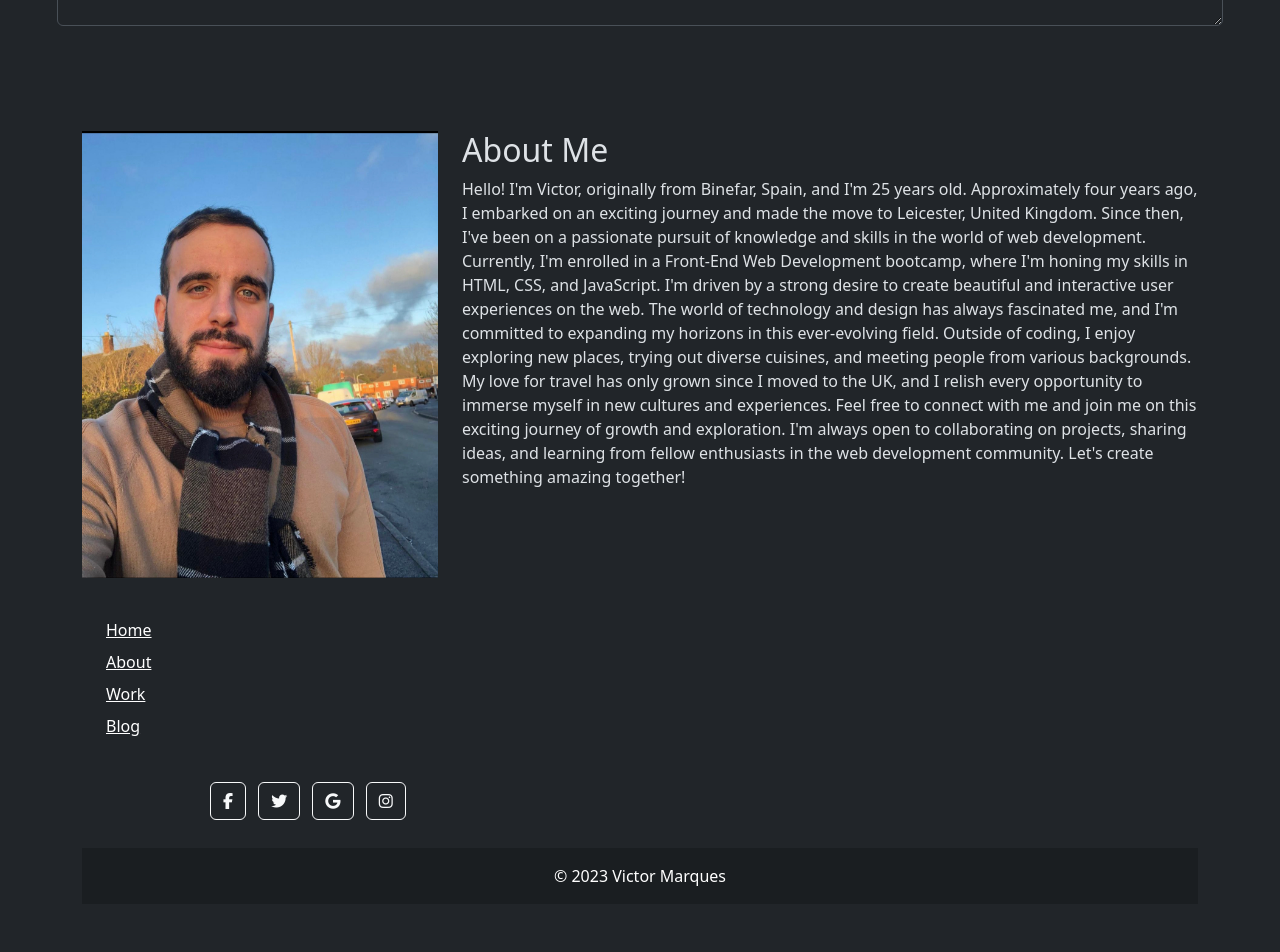
Repository: uvee35/Bootstrap-Portfolio
Page: index.html
An editor plug-in stored every save of this project. The page is shown before and after the next save, followed by the edit.
The browser window is 1280 px wide. The pictures show the part of the page from y = 2011 to 2963 px (the page is 2963 px tall).
A picture or video elsewhere on the page could not be fetched, so the positions and the page height are approximate. Some web libraries are served in a nearby version.

Above is the page before, as saved 2023-12-18 22:12:53.

### index.html
<!DOCTYPE html>
<html lang="en" data-bs-theme="dark">
  <head>
    <meta charset="utf-8" />
    <meta name="viewport" content="width=device-width, initial-scale=1" />
    <title>Bootstrap demo</title>
    <link
      href="https://cdn.jsdelivr.net/npm/bootstrap@5.3.2/dist/css/bootstrap.min.css"
      rel="stylesheet"
      integrity="sha384-T3c6CoIi6uLrA9TneNEoa7RxnatzjcDSCmG1MXxSR1GAsXEV/Dwwykc2MPK8M2HN"
      crossorigin="anonymous"
    />
    <link rel="stylesheet" href="./css/style.css" />
    <link
      rel="stylesheet"
      href="https://cdnjs.cloudflare.com/ajax/libs/font-awesome/5.15.4/css/all.min.css"
    />
    <link
      href="https://cdnjs.cloudflare.com/ajax/libs/font-awesome/6.0.0-beta3/css/all.min.css"
      rel="stylesheet"
    />
  </head>
  <body>
    <!-- Navbar -->
    <nav class="navbar navbar-expand-lg navbar-light bg-dark">
      <div class="container-fluid">
        <!-- Brand/logo -->
        <a class="navbar-brand" href="#home">Victor Marques</a>
        <i class="fab fa-html5"></i>

        <!-- Toggle button for small screens -->
        <button
          class="navbar-toggler"
          type="button"
          data-bs-toggle="collapse"
          data-bs-target="#navbarNavAltMarkup"
          aria-controls="navbarNavAltMarkup"
          aria-expanded="false"
          aria-label="Toggle navigation"
        >
          <span class="navbar-toggler-icon"></span>
        </button>

        <!-- Navbar links -->
        <div
          class="collapse navbar-collapse justify-content-end"
          id="navbarNavAltMarkup"
        >
          <div class="navbar-nav">
            <a class="nav-link" href="#about-me">About Me</a>
            <a class="nav-link" href="#work">Work</a>
            <a class="nav-link" href="#skills">Skills</a>
            <a class="nav-link" href="#contact-me">Contact</a>
          </div>
        </div>
      </div>
    </nav>

    <!-- Hero Section -->
    <section class="hero-section bg-dark text-center py-5" id="hero">
      <div class="container">
        <img
          src="./css/images/victor.JPG"
          alt="Your Name"
          class="rounded-circle mb-3"
          style="width: 150px; height: 150px"
        />
        <h1 class="display-4">Victor Marques</h1>
        <p class="lead">Front-end Developer | Creative Designer</p>
        <p>
          Welcome to my professional portfolio. Here you can find a showcase of
          my work, projects I've contributed to, and the skills I bring to the
          table.
        </p>
      </div>
      <a href="#contact-me" class="btn btn-primary btn-lg">Let's Talk</a>
      <a href="#skills" class="btn btn-secondary btn-lg">My Skills</a>

    </section>

    <!-- Cards -->
    <div class="container-fluid" id="work">
      <div class="row">
        <h1 class="col-12" id="work-text">My Portfolio</h1>
        <!-- Card 1 -->
        <div class="cardContainer col-lg-3 col-md-3 col-sm-6 padding-top">
          <div class="card">
            <img
              src="./css/images/card1photo.png"
              class="card-img-top"
              alt="..."
            />
            <div class="card-body">
              <h4 class="card-title">Horiseon Website</h4>
              <p class="card-text">
                Horiseon is a website crafted with HTML and CSS, focusing on
                accessibility and search engine optimization...
              </p>
              <a
                href="https://uvee35.github.io/Victor-Module1Challenge/"
                class="btn btn-primary"
                >See Live Demo</a
              >
            </div>
          </div>
        </div>
        <!-- End card 1 -->

        <!-- Card 2 -->
        <div class="cardContainer col-lg-3 col-md-3 col-sm-6">
          <div class="card">
            <img src="./css/images/card2.png" class="card-img-top" alt="..." />
            <div class="card-body">
              <h4 class="card-title">Portfolio</h4>
              <p class="card-text">
                This portfolio website, built using HTML, CSS, and Flexbox,
                features a modern and responsive design...
              </p>
              <a
                href="https://uvee35.github.io/Challenge2-Victor/."
                class="btn btn-primary"
                >See Live Demo</a
              >
            </div>
          </div>
        </div>
        <!-- End card 2 -->

        <!-- Card 3 -->
        <div class="cardContainer col-lg-3 col-md-3 col-sm-6">
          <div class="card">
            <img src="./css/images/card3.png" class="card-img-top" alt="..." />
            <div class="card-body">
              <h4 class="card-title">NiceAdmin</h4>
              <p class="card-text">
                NiceAdmin is a website designed using HTML, CSS, and Bootstrap,
                offering a user-friendly admin and dashboard interface...
              </p>
              <a
                href="https://bootstrapmade.com/demo/NiceAdmin/"
                class="btn btn-primary"
                >See Live Demo</a
              >
            </div>
          </div>
        </div>
        <!-- End card 3 -->
        <!-- Card 4 -->
        <div class="cardContainer col-lg-3 col-md-3 col-sm-6">
          <div class="card">
            <img src="./css/images/card4.png" class="card-img-top" alt="..." />
            <div class="card-body">
              <h4 class="card-title">EstateAgency</h4>
              <p class="card-text">
                EstateAgency is a sleek, Bootstrap-based real estate website
                template, ideal for agencies and realtors...
              </p>
              <a
                href="https://bootstrapmade.com/demo/EstateAgency/"
                class="btn btn-primary"
                >See Live Demo</a
              >
            </div>
          </div>
        </div>
        <!-- End card 4 -->
      </div>
    </div>
    <!-- End cards -->

    <!-- Skills Section -->

    <div class="container-fluid" id="skills">
      <div class="row mb-4">
        <h2 class="col-12" style="text-align: center; padding-top: 20px">
          My Skills
        </h2>
      </div>

      <div class="container">
        <div class="row align-items-center mb-2">
          <div class="col-md-3">
            <span class="badge text-bg-primary">HTML5</span>
          </div>
          <div class="col-md-9">
            <div
              class="bg-primary"
              style="width: 70%; height: 20px; text-align: center"
            >
              70%
            </div>
          </div>
        </div>
        <div class="row align-items-center mb-2">
          <div class="col-md-3">
            <span class="badge text-bg-secondary">CSS</span>
          </div>
          <div class="col-md-9">
            <div
              class="bg-secondary"
              style="width: 70%; height: 20px; text-align: center"
            >
              70%
            </div>
          </div>
        </div>
        <div class="row align-items-center mb-2">
          <div class="col-md-3">
            <span class="badge text-bg-success">Flexbox</span>
          </div>
          <div class="col-md-9">
            <div
              class="bg-success"
              style="width: 85%; height: 20px; text-align: center"
            >
              85%
            </div>
          </div>
        </div>
        <div class="row align-items-center mb-2">
          <div class="col-md-3">
            <span class="badge text-bg-danger">Responsive Design</span>
          </div>
          <div class="col-md-9">
            <div
              class="bg-danger"
              style="width: 75%; height: 20px; text-align: center"
            >
              75%
            </div>
          </div>
        </div>
        <div class="row align-items-center mb-2">
          <div class="col-md-3">
            <span class="badge text-bg-warning">UX Design</span>
          </div>
          <div class="col-md-9">
            <div
              class="bg-warning"
              style="width: 75%; height: 20px; text-align: center"
            >
              75%
            </div>
          </div>
        </div>

        <p style="padding-top: 35px">
          Percentages displayed alongside my skills reflect my current
          proficiency levels. While they indicate a strong foundation in HTML5,
          CSS, Flexbox, Responsive Design, and UX Design, they also suggest room
          for further growth. I am committed to continuous learning and daily
          practice to enhance these skills. My dedication to staying updated
          with the latest industry standards and best practices ensures that I
          am always improving and ready to tackle new challenges in the
          ever-evolving field of web development.
        </p>
      </div>
    </div>

    <!-- Contact Me -->
    <div class="container-fluid" id="contact-me">

    <form style="padding: 3%" style="display: flex; justify-content: center">
      <h3>Contact Me</h3>
      <div class="form-group" style="padding-top: 2%">
        <label for="exampleFormControlInput1">Email address</label>
        <input
          type="email"
          class="form-control"
          id="exampleFormControlInput1"
          placeholder="name@example.com"
        />
      </div>
      <div class="form-group" style="margin-top: 1%">
        <label for="exampleFormControlInput1">Name/Last Name</label>
        <input type="text" class="form-control" id="description" />
      </div>
      <div class="form-group" style="margin-top: 1%">
        <label for="exampleFormControlSelect2">Select a Meeting Slot</label>
        <select multiple class="form-control" id="exampleFormControlSelect2">
          <option>10:45 pm</option>
          <option>11:30 pm</option>
          <option>13:00 pm</option>
          <option>13:30 pm</option>
        </select>
      </div>
      <div class="form-group" style="margin-top: 1%">
        <label for="exampleFormControlTextarea1">Leave Your Message</label>
        <textarea
          class="form-control"
          id="exampleFormControlTextarea1"
          rows="3"
        ></textarea>
      </div>
    </div>
    </form>

    <!-- About Me Section -->
<section class="container my-5" id="about-me">
  <div class="row">

      <div class="col-lg-4">
          <img src="./css/images/victor2.jpg" alt="Victor" class="img-fluid square">
      </div>

      <div class="col-lg-8">
          <h2>About Me</h2>
          <p>Hello! I'm Victor, originally from Binefar, Spain, and I'm 25 years old. Approximately four years ago, I embarked on an exciting journey and made the move to Leicester, United Kingdom. Since then, I've been on a passionate pursuit of knowledge and skills in the world of web development.

            Currently, I'm enrolled in a Front-End Web Development bootcamp, where I'm honing my skills in HTML, CSS, and JavaScript. I'm driven by a strong desire to create beautiful and interactive user experiences on the web. The world of technology and design has always fascinated me, and I'm committed to expanding my horizons in this ever-evolving field.

            Outside of coding, I enjoy exploring new places, trying out diverse cuisines, and meeting people from various backgrounds. My love for travel has only grown since I moved to the UK, and I relish every opportunity to immerse myself in new cultures and experiences.

            Feel free to connect with me and join me on this exciting journey of growth and exploration. I'm always open to collaborating on projects, sharing ideas, and learning from fellow enthusiasts in the web development community. Let's create something amazing together!</p>

  </div>
  <footer class="bg-dark text-center text-lg-start text-white">
    <!-- Grid container -->
    <div class="container p-4">

          </p>


        <!--Grid column-->
        <div class="col-lg-3 col-md-6 mb-4 mb-md-0"></div>


          <ul class="list-unstyled">
            <li class="mb-2"><a href="#!" class="text-white">Home</a></li>
            <li class="mb-2"><a href="#!" class="text-white">About</a></li>
            <li class="mb-2"><a href="#!" class="text-white">Work</a></li>
            <li class="mb-2"><a href="#!" class="text-white">Blog</a></li>
          </ul>
        </div>
        <!--Grid column-->


    <!-- Section: Social media -->
    <section class="p-4 pt-0" id="social-icons">
      <div class="row">
        <div class="col-lg-6 col-md-12 mb-4 mb-md-0">
          <!-- Facebook -->
          <a class="btn btn-outline-light btn-floating m-1" href="#!" role="button"><i class="fab fa-facebook-f"></i></a>

          <!-- Twitter -->
          <a class="btn btn-outline-light btn-floating m-1" href="#!" role="button"><i class="fab fa-twitter"></i></a>

          <!-- Google -->
          <a class="btn btn-outline-light btn-floating m-1" href="#!" role="button"><i class="fab fa-google"></i></a>

          <!-- Instagram -->
          <a class="btn btn-outline-light btn-floating m-1" href="#!" role="button"><i class="fab fa-instagram"></i></a>
        </div>
      </div>
    </section>
    <!-- Section: Social media -->


    <div class="text-center p-3" style="background-color: rgba(0, 0, 0, 0.2);">
      © 2023 Victor Marques

    </div>
  </footer>


<script src="https://kit.fontawesome.com/c1bc576c12.js" crossorigin="anonymous"></script>

    <script
      src="https://cdn.jsdelivr.net/npm/bootstrap@5.3.2/dist/js/bootstrap.bundle.min.js"
      integrity="sha384-C6RzsynM9kWDrMNeT87bh95OGNyZPhcTNXj1NW7RuBCsyN/o0jlpcV8Qyq46cDfL"
      crossorigin="anonymous"
    ></script>
  </body>
</html>

### css/style.css
.hero-section {
    background-color: #121212; /* Dark background color */
    color: #ffffff; /* White text color for contrast */
    position: relative; /* Position relative for absolute positioning of buttons */
    z-index: 1; /* Ensure the layering is correct */
  }


  .hero-buttons {
    position: absolute;
    bottom: 20px;
    left: 50%;
    transform: translateX(-50%); /* Center the buttons */
    z-index: 2; /* Above the background image */
  }

  /* If you have a specific background image you want to use */
  .hero-section {
    background-image: url('./images/planet-1702788_1920.jpg');
    background-size: cover;
    background-position: center;
  }

  #Skills {
    border: 1px solid #ccc;
    border-radius: 5px;
    padding: 20px;
  }

  #work{
    border: 1px solid none;
    border-radius: 5px;
    padding: 20px;
  }

.col-12{
text-align: center;
 padding-top: 5px;
 padding-bottom: 2%;
}

#contact-me{
  border: 1px solid none;
    border-radius: 5px;
    padding: 20px;
}


#social-icons{
  margin-left: 100px;
}

After the next save:
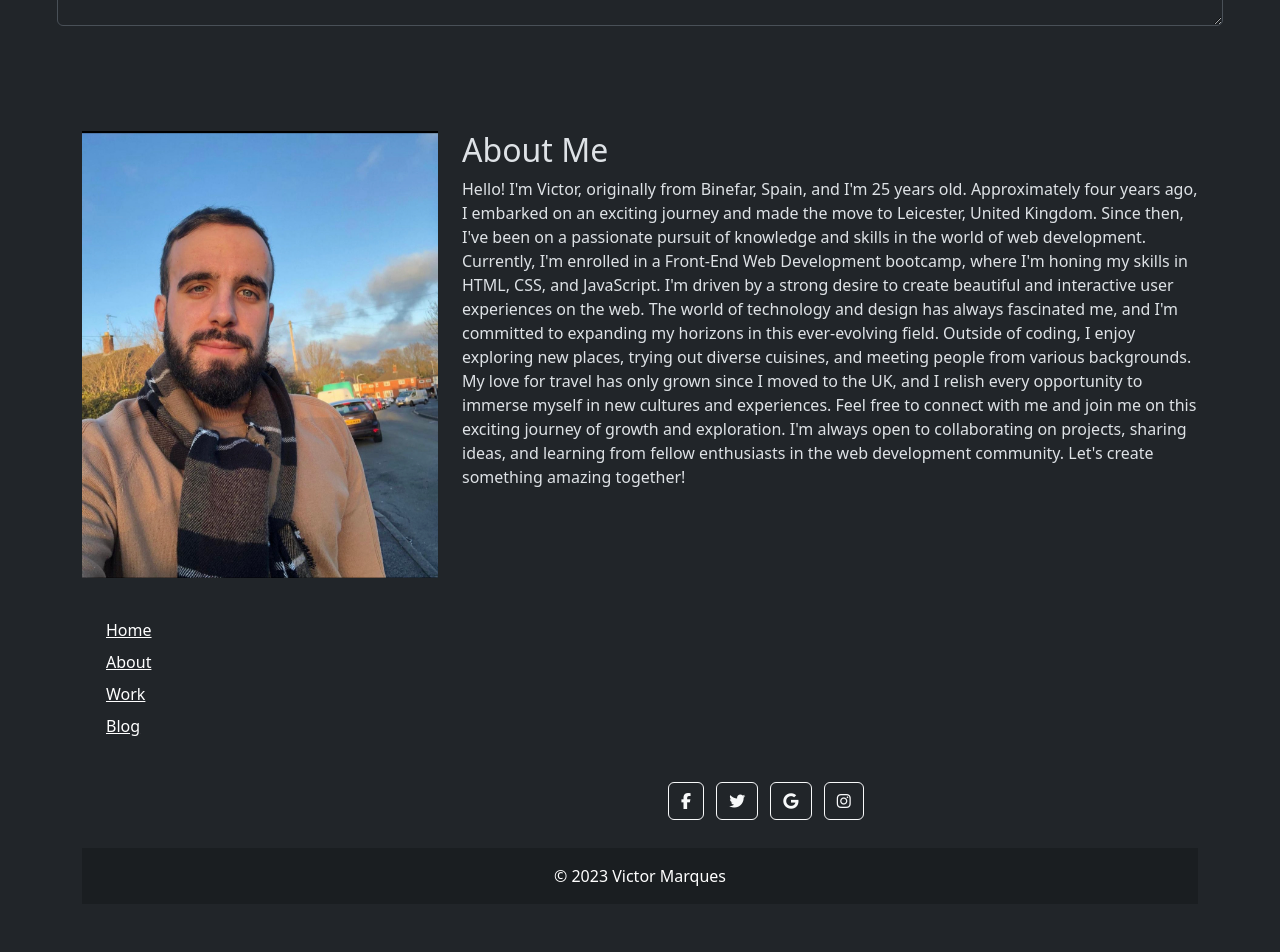
Saved 5 s later.
--- a/css/style.css
+++ b/css/style.css
@@ -47,5 +47,5 @@
 
 
 #social-icons{
-  margin-left: 100px;
+  margin-left: 50%;
 }
